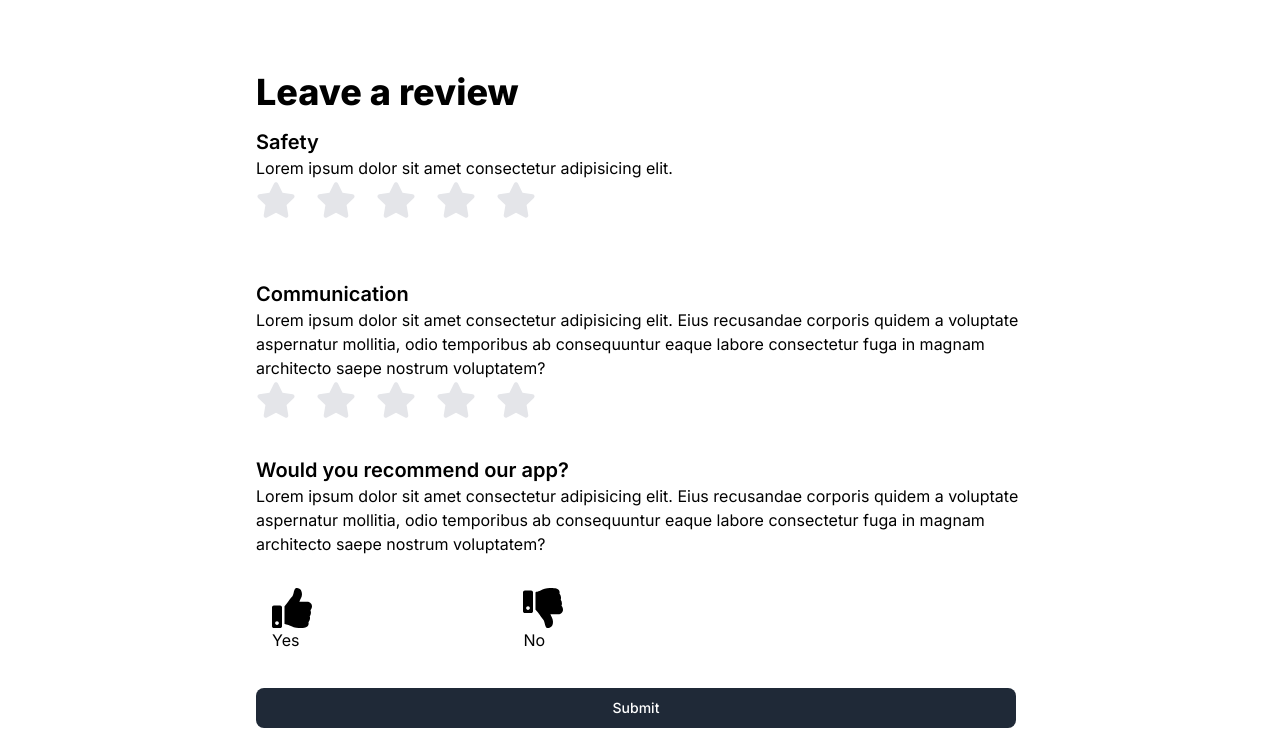
Repository: akankshaajoshi/review-form
Page: /review
An editor plug-in stored every save of this project. The page is shown before and after the next save, followed by the edit.
The browser window is 1280 px wide. The pictures show the whole page.
The project was rebuilt for these pictures with package versions that can differ from the ones it lists, and the page was loaded fresh each time. The framework's server and built-in components were replaced by stand-ins that run in the browser. Also part of the build but not shown: next.config.mjs.

Above is the page before, as saved 2024-05-25 13:54:09.

### app/(routes)/review/page.tsx
'use client'

import { useFormState, useFormStatus } from "react-dom";
import {createReview} from "@/app/actions"
import StarRating from "./../../_components/StarRatings"
import TrueOrFalse from './../../_components/TrueOrFalse'

const initialState = {
    message: "",
    type: "",
}

function SubmitButton(){
    const {pending} = useFormStatus();
    return (
        <button type="submit" className="text-white bg-gray-800 hover:bg-gray-900 focus:outline-none focus:ring-4 focus:ring-gray-300 font-medium rounded-lg text-sm px-5 py-2.5 me-2 mb-2 dark:bg-gray-800 dark:hover:bg-gray-700 dark:focus:ring-gray-700 dark:border-gray-700" aria-disabled={pending}>
            Submit
        </button>
    )
}

export default function Review(){
    const ratings = [1, 2, 3, 4, 5];
    const [state, formAction] = useFormState(createReview, initialState);
    return (
        <div className="flex flex-col items-center w-[100vw] h-[100vh]">
            <div className="flex flex-col gap-y-4 items-left mt-[10vh] h-[80vh] w-[60vw]">
            <h2 className="text-4xl font-extrabold">Leave a review</h2>
            {state?.type === "success" && <p className="text-lg p-2 text-white rounded-md bg-green-500">{state?.message}</p>}
            {state?.type === "error" && <p className="text-lg p-2 text-white rounded-md bg-red-500">{state?.message}</p>}
            <form action={formAction} className="flex flex-col lg:gap-y-[20px] sm:gap-y-[30px]">
                <fieldset className="pb-4 sm:pb-[40px]">
                    <label htmlFor="safety" className="text-xl font-semibold">Safety</label>
                    <p>Lorem ipsum dolor sit amet consectetur adipisicing elit. </p>
                    <StarRating name="safety"/>
                </fieldset>
                <fieldset className='pb-4'>
                    <label htmlFor="communication" className="text-xl font-semibold">Communication</label>
                    <p>Lorem ipsum dolor sit amet consectetur adipisicing elit. Eius recusandae corporis quidem a voluptate aspernatur mollitia, odio temporibus ab consequuntur eaque labore consectetur fuga in magnam architecto saepe nostrum voluptatem?</p>
                    <StarRating name="communication"/>
                </fieldset>
                <fieldset>
                    <label htmlFor="recommend" className="text-xl font-semibold">Would you recommend our app? </label>
                    <p>Lorem ipsum dolor sit amet consectetur adipisicing elit. Eius recusandae corporis quidem a voluptate aspernatur mollitia, odio temporibus ab consequuntur eaque labore consectetur fuga in magnam architecto saepe nostrum voluptatem?</p>
                    <TrueOrFalse name="recommend"/>
                </fieldset>
                <SubmitButton/>
            </form>
            </div>
        </div>
    )
}

### app/actions.tsx
'use server'

import {revalidatePath} from "next/cache";
import {sql} from "@vercel/postgres"
import {z} from 'zod'
// CREATE TABLE reviews (
//     id SERIAL PRIMARY KEY,
//      safety INTEGER NOT NULL,
//     communication INTEGER NOT NULL,
//      recommend VARCHAR(5) NOT NULL );
export async function createReview(prevState: {message: string, type: string}, formData: FormData){

    const schema = z.object({
        safety: z.number(),
        communication: z.number(),
        recommend: z.string(),
    })
    const parse = schema.safeParse({
        safety: Number(formData.get('safety')),
        communication: Number(formData.get('communication')),
        recommend: formData.get('recommend'),
    })

    if (!parse.success) {
        console.log("incorrect parse")
        return { message: "Failed to create review", type: "error" };
      }

    const data = parse.data

    try{
        await sql`
        INSERT INTO reviews(safety, communication, recommend) VALUES (${data.safety}, ${data.communication}, ${data.recommend})
        `
        // revalidatePath('/reviews/' )
        return {message: `Added review successfully.`, type: "success"}
    }catch(err){
        console.log(err)
        return {message: `Failed to add review.`, type: "error"}
    }
}

### app/_components/StarRatings/index.tsx
import {FaStar} from "react-icons/fa"
import React, { useState } from "react";

interface StarProps {
  name: string;
};

const Index : React.FC<StarProps> = ({name}) => {
  const [rating , setRating] = useState<number>(0);
  const [hover, setHover] = useState<number>(0);
  return (
    <div className="flex flex-row lg:gap-x-5 sm:gap-x-3">
      {[...Array(5)].map((star, index) =>{
        const currentRating: number = index+1;
        return (
          <label key={index}>
            <input type="radio" name={name}
            className="hidden"
            value={index+1}
            onClick={()=>setRating(currentRating)}>
            </input>
            <FaStar className="star" size={40} color={currentRating <= (hover || rating) ? "#ffc107" : "#e4e5e9"}
            onMouseEnter={()=>setHover(currentRating)}
            onMouseLeave={()=>setHover(0)}
            ></FaStar>
          </label>
        )
      })}
    </div>
  )
}

export default Index

### app/_components/TrueOrFalse/index.tsx
import { FaThumbsDown, FaThumbsUp } from "react-icons/fa";
import { useState } from "react";

interface TrueOrFalseProps {
    name: string;
}

const TrueOrFalse : React.FC<TrueOrFalseProps> = ({name}) =>{
    const [selected, setSelected] = useState<string>("");
    return (
        <div className="flex flex-row gap-x-4 pt-4">
          <label className={`w-[30%] rounded-md mr-[5px] p-4 bg-${selected==='true'?  "green": "" }-500`}>
            <input type="radio" name={name}
            className="hidden"
            value="true"
            onClick={()=>setSelected("true")}
            >
            </input>
            <FaThumbsUp size={40}
            ></FaThumbsUp>
            Yes
          </label>
          <label className={`w-[30%] rounded-md mr-[5px] p-4 bg-${selected==='false'?  "red": "" }-500`}>
            <input type="radio" name={name}
            className="hidden"
            value="false"
            onClick={()=>setSelected("false")}>
            </input>
            <FaThumbsDown className="star" size={40}
            ></FaThumbsDown>
            No
          </label>
        </div>
    )
}

export default TrueOrFalse;

Loaded but not shown: app/layout.tsx (common file); app/globals.css (common file); tailwind.config.ts (common file)

After the next save:
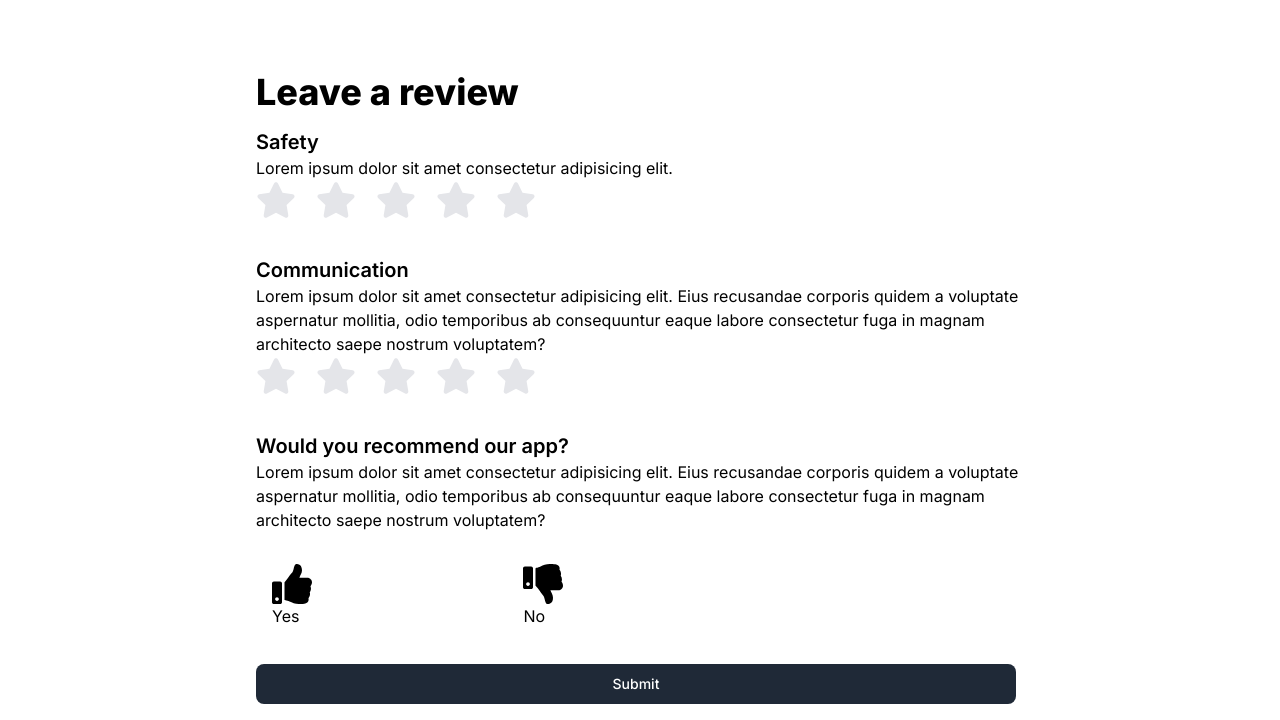
Saved 6 s later.
--- a/app/(routes)/review/page.tsx
+++ b/app/(routes)/review/page.tsx
@@ -29,7 +29,7 @@
             {state?.type === "success" && <p className="text-lg p-2 text-white rounded-md bg-green-500">{state?.message}</p>}
             {state?.type === "error" && <p className="text-lg p-2 text-white rounded-md bg-red-500">{state?.message}</p>}
             <form action={formAction} className="flex flex-col lg:gap-y-[20px] sm:gap-y-[30px]">
-                <fieldset className="pb-4 sm:pb-[40px]">
+                <fieldset className="lg:pb-4 sm:pb-[40px]">
                     <label htmlFor="safety" className="text-xl font-semibold">Safety</label>
                     <p>Lorem ipsum dolor sit amet consectetur adipisicing elit. </p>
                     <StarRating name="safety"/>

After the save that followed:
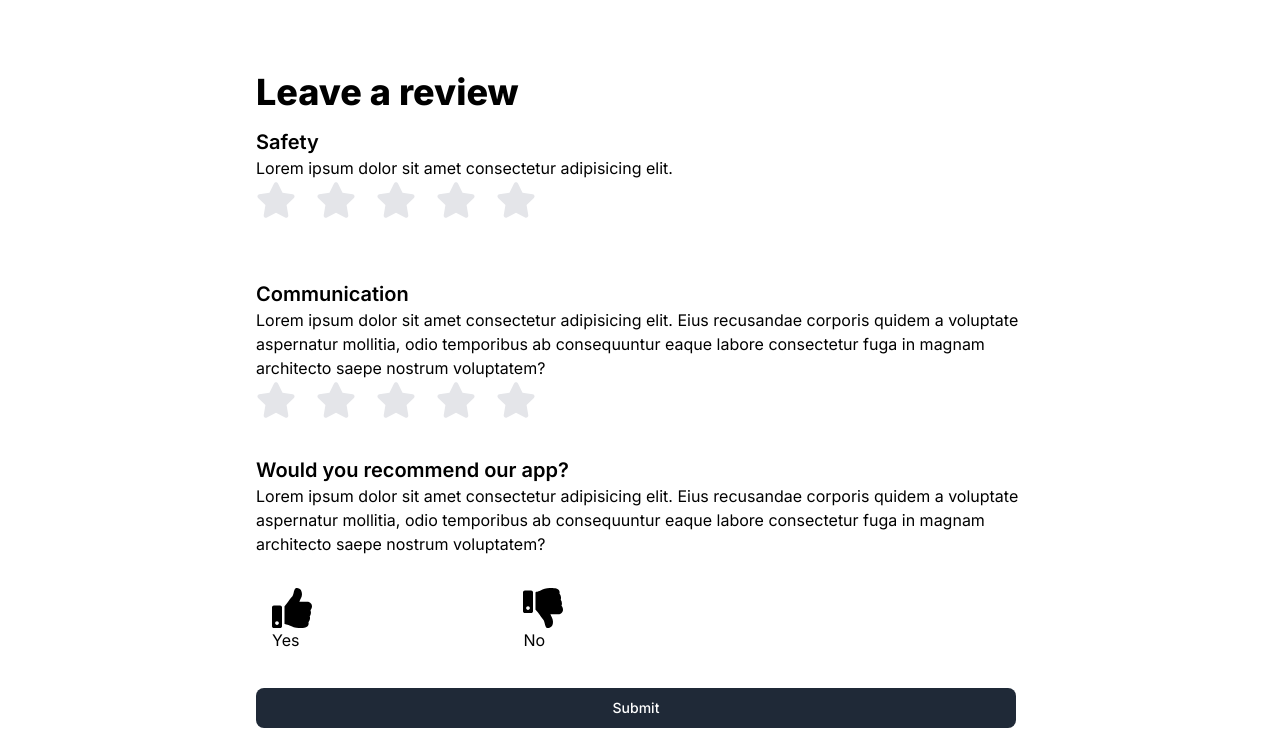
Saved 6 s later.
--- a/app/(routes)/review/page.tsx
+++ b/app/(routes)/review/page.tsx
@@ -29,7 +29,7 @@
             {state?.type === "success" && <p className="text-lg p-2 text-white rounded-md bg-green-500">{state?.message}</p>}
             {state?.type === "error" && <p className="text-lg p-2 text-white rounded-md bg-red-500">{state?.message}</p>}
             <form action={formAction} className="flex flex-col lg:gap-y-[20px] sm:gap-y-[30px]">
-                <fieldset className="lg:pb-4 sm:pb-[40px]">
+                <fieldset className="pb-4 sm:pb-[40px]">
                     <label htmlFor="safety" className="text-xl font-semibold">Safety</label>
                     <p>Lorem ipsum dolor sit amet consectetur adipisicing elit. </p>
                     <StarRating name="safety"/>
